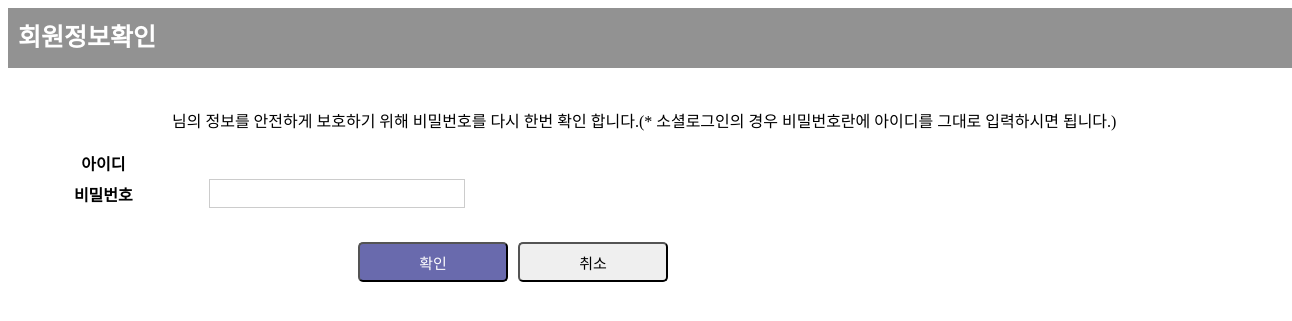
Repository: euzny/Spring-Website
Page: http://localhost/anafor/WEB-INF/views/my_info/checkpw.jsp
These files come from the project's save history. The page is drawn as it stood at one moment and after the next save; the edit follows.
The browser window is 1280 px wide. The page is 1292 px wide, then 1280 px, so the pictures cover 1292 px, including what lies to the right of the window. The pictures show the whole page.
The page is served by Tomcat 9. Nobody is signed in. The template is opened directly, without the code that normally fills it, so the values that code supplies are empty.

Above is the page before, as saved 2022-06-21 10:40:54.

After the next save:
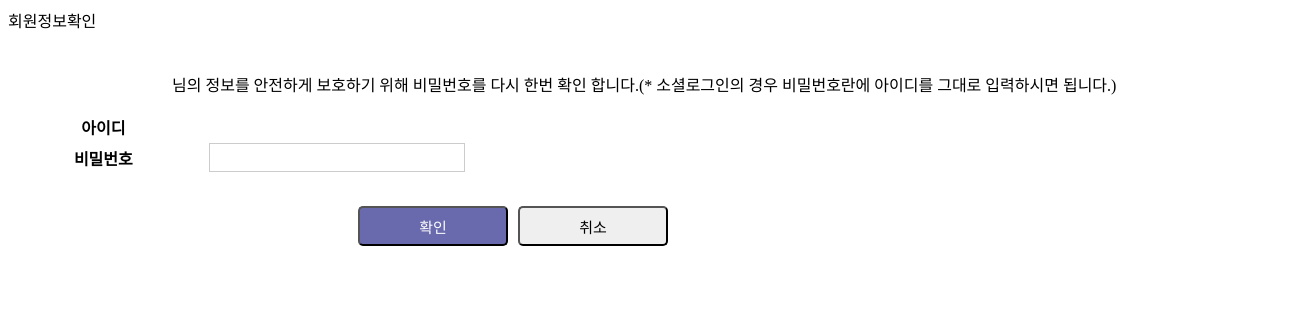
Saved 4 min 27 s later.
--- a/Workspace/anafor/src/main/webapp/WEB-INF/views/my_info/checkpw.jsp
+++ b/Workspace/anafor/src/main/webapp/WEB-INF/views/my_info/checkpw.jsp
@@ -6,7 +6,20 @@
 <meta charset="UTF-8">
 <title>Insert title here</title>
 <style>
-	#titlename{ width:100%; background:#929292; height:60px; text-align:left; font-size:25px; font-weight:700; line-height:60px; padding: 0px 10px; color:#FFFFFF; }
+	#header {
+	   width:100%;
+	   height:60px;
+	   padding: 20px;
+	   background-color:#929292;
+	   border-bottom: 1px solid white;
+	}
+
+	#header h3{
+	   font-size: 25px;
+	   font-weight: bold;
+	   text-align: left;
+	   color: white;
+	}
 	#spanid,#id{ color:#696AAD; font-weight:800;}
 	#spanid { margin-left:60px; }
 	#msg_user{width:80%; height:40px; margin-top:40px; text-align:left; margin-left:100px; }
